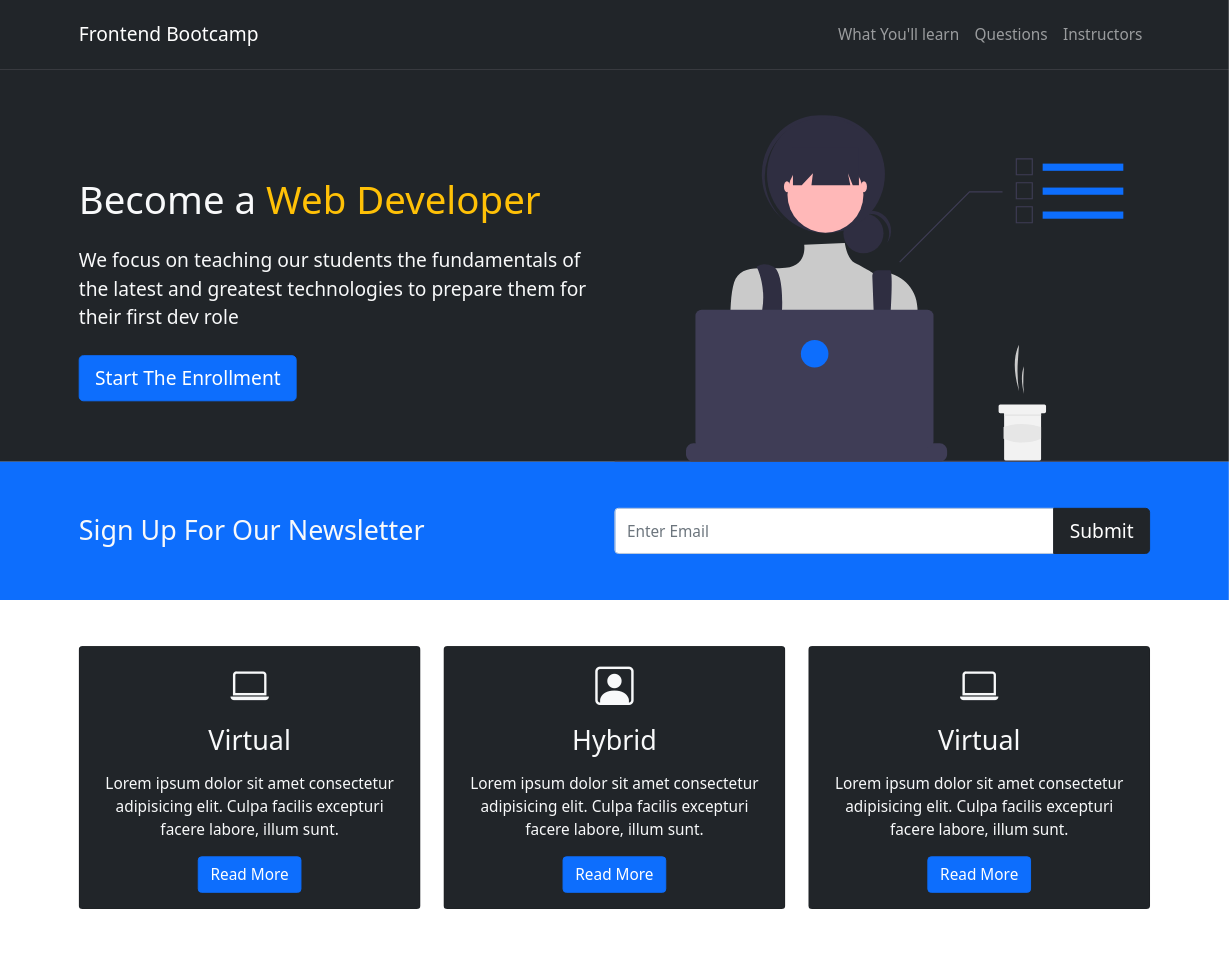
Repository: Marhamat92/Bootstrap5-Responsive-Website-
Page: index.html
An editor plug-in stored every save of this project. The page is shown before and after the next save, followed by the edit.
The browser window is 1280 px wide. The pictures show the whole page, at 96% of full size.
Some web libraries are served in a nearby version.

Above is the page before, as saved 2021-09-18 17:25:50.

### index.html
<!DOCTYPE html>
<html lang="en">

<head>
    <meta charset="UTF-8">
    <meta http-equiv="X-UA-Compatible" content="IE=edge">
    <meta name="viewport" content="width=device-width, initial-scale=1.0">
    <link href="https://cdn.jsdelivr.net/npm/bootstrap@5.0.2/dist/css/bootstrap.min.css" rel="stylesheet"
        integrity="sha384-EVSTQN3/azprG1Anm3QDgpJLIm9Nao0Yz1ztcQTwFspd3yD65VohhpuuCOmLASjC" crossorigin="anonymous">
    <link rel="stylesheet" href="https://cdn.jsdelivr.net/npm/bootstrap-icons@1.3.0/font/bootstrap-icons.css">
    <link rel="stylesheet" href="style.css">
    <title>Frontend Bootcamp</title>

</head>

<body>
    <!--Navbar-->
    <nav class="navbar navbar-expand-lg bg-dark navbar-dark py-3">
        <div class="container">
            <a href="#" class="navbar-brand">Frontend Bootcamp</a>
            <button class="navbar-toggler" type="button" data-bs-toggle="collapse" data-bs-target="#navmenu">
                <span class="navbar-toggler-icon"></span>
            </button>
            <div class="collapse navbar-collapse" id="navmenu">
                <ul class="navbar-nav ms-auto">
                    <li class="nav-item">
                        <a href="#learn" class="nav-link">What You'll learn</a>
                    </li>
                    <li class="nav-item">
                        <a href="#questions" class="nav-link">Questions</a>
                    </li>
                    <li class="nav-item">
                        <a href="#instructors" class="nav-link">Instructors</a>
                    </li>
                </ul>
            </div>
        </div>
    </nav>

    <!--Showcase-->

    <section class="bg-dark text-light p-5 p-lg-0 pt-lg-5 text-center text-sm-start">
        <div class="container">
            <div class="d-sm-flex align-items-center justify-content-between">
                <div>
                    <h1>Become a <span class="text-warning">Web Developer</span> </h1>
                    <p class="lead my-4">We focus on teaching our students the fundamentals of the latest and
                        greatest technologies to prepare them for their first dev role
                    </p>
                    <button class="btn btn-primary btn-lg">Start The Enrollment</button>
                </div>
                <img class="img-fluid w-50 d-none d-sm-block" src="img/showcase.svg" alt="showcase">
            </div>
        </div>
    </section>


    <!--Newsletter-->
    <section class=" bg-primary text-light p-5">
        <div class="container">
            <div class="d-md-flex justify-content-between align-items-center">
                <h3 class="mb-3 mb-md-0">Sign Up For Our Newsletter</h3>
                <div class="input-group news-input">
                    <input type="text" class="form-control" placeholder="Enter Email">
                    <button class="btn btn-dark btn-lg" type="button">Submit</button>
                </div>

            </div>
        </div>
    </section>

    <!--Boxes-->
    <section class="p-5">
        <div class="container">
            <div class="row text-center">
                <div class="col-md">
                    <div class="card bg-dark text-light">
                        <div class="card-body text-center">
                            <div class="h1 mb-3"><i class="bi bi-laptop"></i>
                            </div>
                            <h3 class="title mb-3">Virtual</h3>
                            <p class="card-text">
                                Lorem ipsum dolor sit amet consectetur adipisicing elit. Culpa facilis excepturi facere labore, illum sunt.
                            </p>
                            <a href="#" class="btn btn-primary">Read More</a>
                        </div>
                    </div>
                </div>
                <div class="col-md">
                    <div class="card bg-dark text-light">
                        <div class="card-body text-center">
                            <div class="h1 mb-3"><i class="bi bi-person-square"></i>
                            </div>
                            <h3 class="title mb-3">Hybrid</h3>
                            <p class="card-text">
                                Lorem ipsum dolor sit amet consectetur adipisicing elit. Culpa facilis excepturi facere labore, illum sunt.
                            </p>
                            <a href="#" class="btn btn-primary">Read More</a>
                        </div>
                    </div>
                </div>
                <div class="col-md">
                    <div class="card bg-dark text-light">
                        <div class="card-body text-center">
                            <div class="h1 mb-3"><i class="bi bi-laptop"></i>
                            </div>
                            <h3 class="title mb-3">Virtual</h3>
                            <p class="card-text">
                                Lorem ipsum dolor sit amet consectetur adipisicing elit. Culpa facilis excepturi facere labore, illum sunt.
                            </p>
                            <a href="#" class="btn btn-primary">Read More</a>
                        </div>
                    </div>
                </div>
            </div>
        </div>
    </section>






















    <script src="https://cdn.jsdelivr.net/npm/bootstrap@5.0.2/dist/js/bootstrap.bundle.min.js"
        integrity="sha384-MrcW6ZMFYlzcLA8Nl+NtUVF0sA7MsXsP1UyJoMp4YLEuNSfAP+JcXn/tWtIaxVXM" crossorigin="anonymous">
    </script>
</body>

</html>

### style.css
@media (min-width:768px) {
    .news-input{
        width:50%;
    }
}

After the next save:
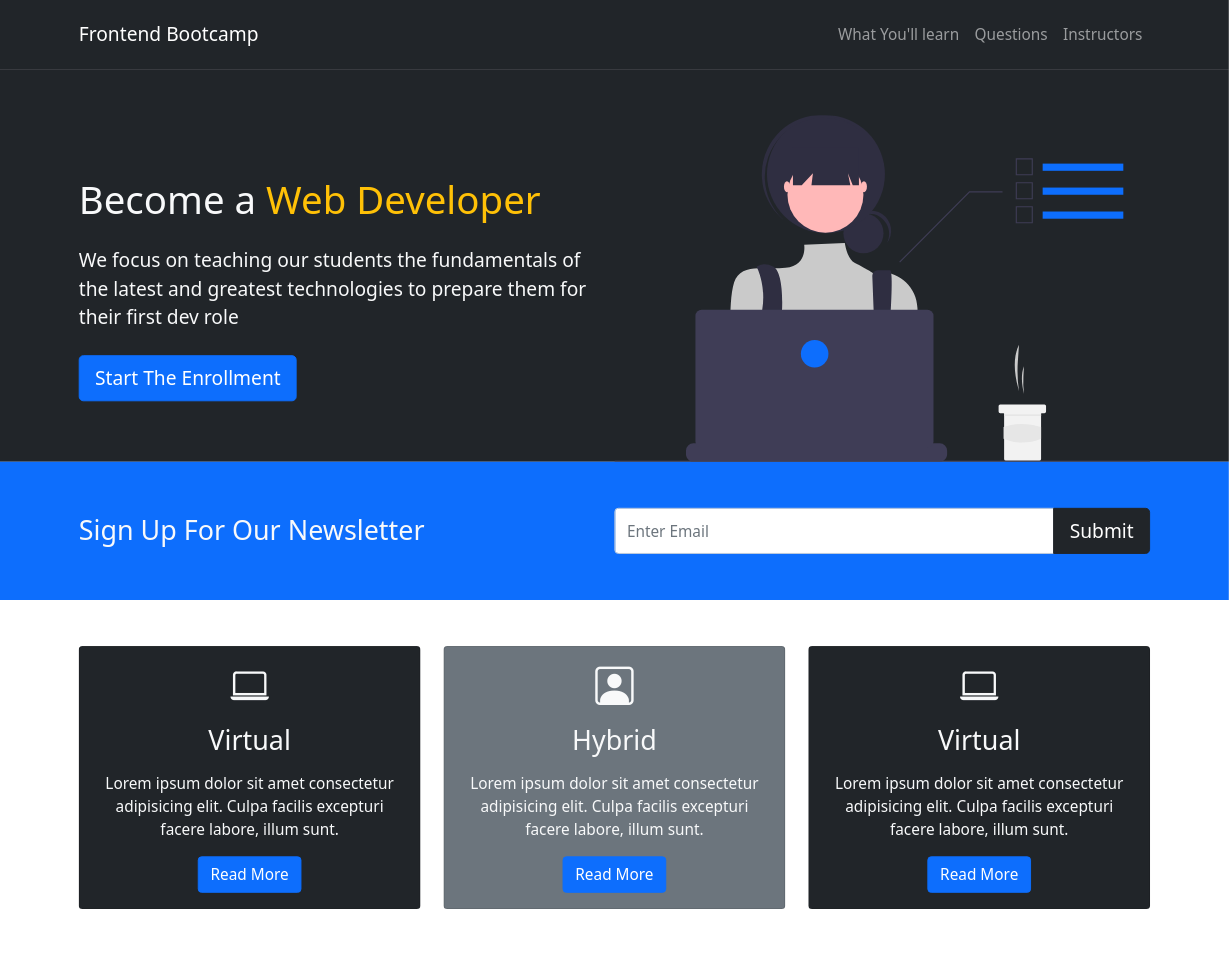
Saved 54 s later.
--- a/index.html
+++ b/index.html
@@ -87,7 +87,7 @@
                     </div>
                 </div>
                 <div class="col-md">
-                    <div class="card bg-dark text-light">
+                    <div class="card bg-secondary text-light">
                         <div class="card-body text-center">
                             <div class="h1 mb-3"><i class="bi bi-person-square"></i>
                             </div>
